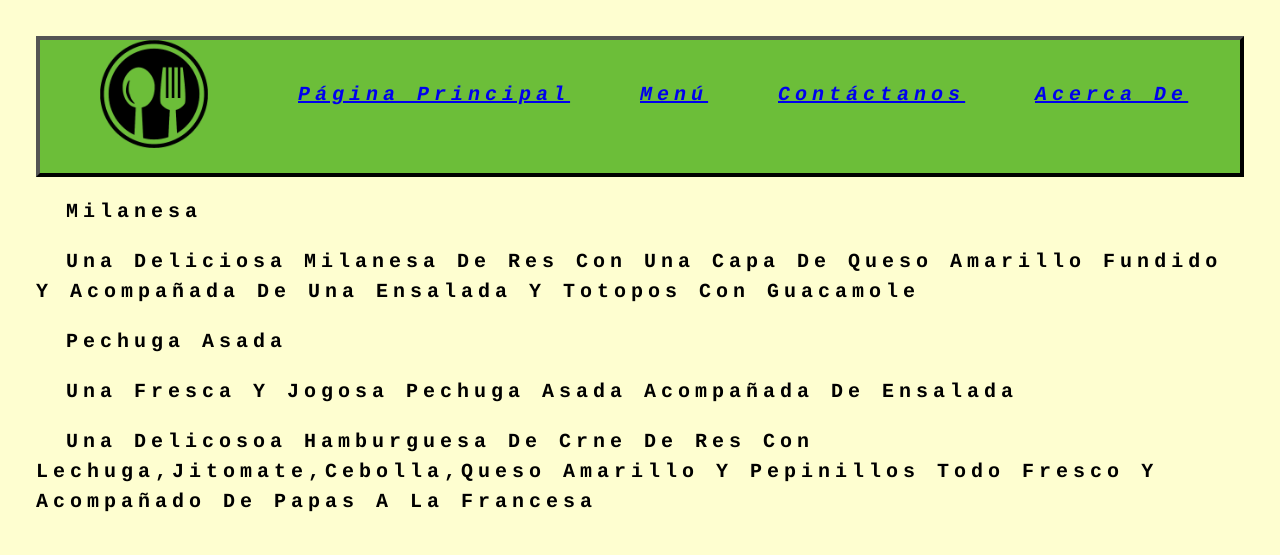
Repository: UVMCoyoacan/eq06_sitio1
Page: Carpeta docs/menu.html
The author's editor kept a copy of each file at every save. The page is drawn from the files as they stood at one save, then again after the next save.
The browser window is 1280 px wide. The pictures show the whole page.

Above is the page before, as saved 2024-03-08 09:09:19.

After the next save:
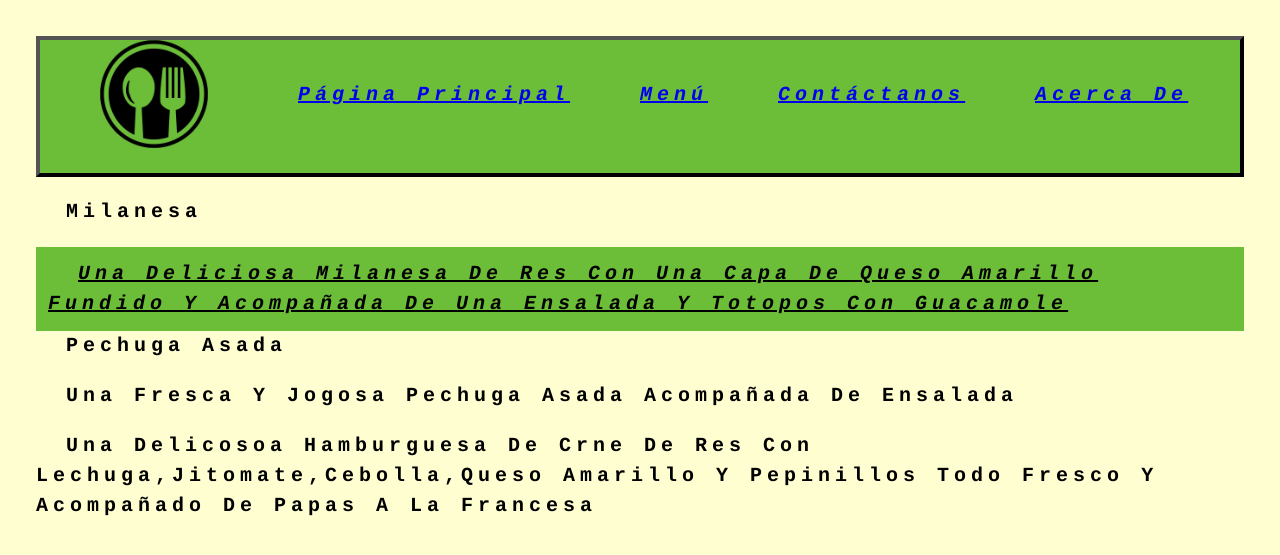
Saved 54 s later.
--- a/Carpeta docs/menu.html
+++ b/Carpeta docs/menu.html
@@ -23,7 +23,7 @@
         </header>
         <div>
             <p>Milanesa</p>
-            <p>Una deliciosa milanesa de res con una capa de queso amarillo fundido y acompañada de una ensalada y totopos con guacamole</p>
+            <li>Una deliciosa milanesa de res con una capa de queso amarillo fundido y acompañada de una ensalada y totopos con guacamole</li>
             <p>Pechuga asada</p>
             <p>Una fresca y jogosa pechuga asada acompañada de ensalada</p>
             <p>Una delicosoa hamburguesa de crne de res con lechuga,jitomate,cebolla,queso amarillo y pepinillos todo fresco y acompañado de papas a la francesa</p>
